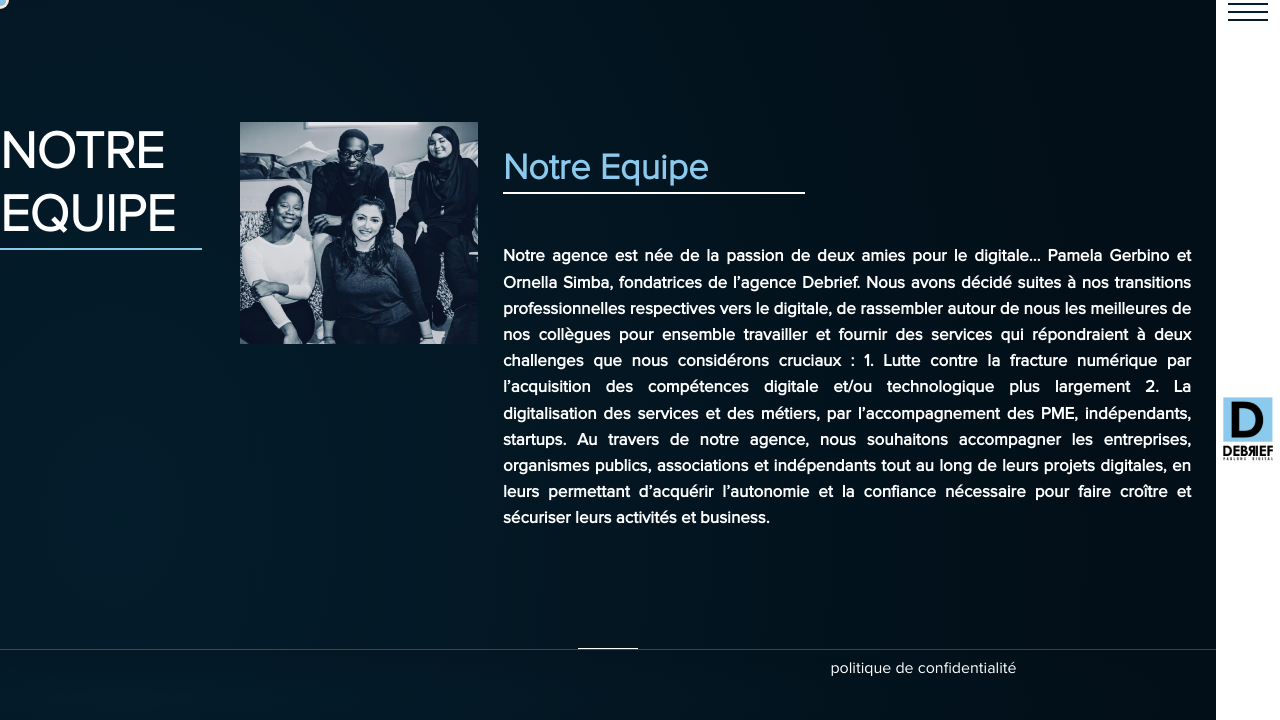
Repository: keloriane/debriefs
Page: /debriefs/a-propos
The author's editor kept a copy of each file at every save. The page is drawn from the files as they stood at one save, then again after the next save.
The browser window is 1280 px wide. The pictures show the whole page.
The project was rebuilt for these pictures with package versions that can differ from the ones it lists, and the page was loaded fresh each time. Also part of the build but not shown: src/components/Title/Title.jsx, src/components/page/Contact/Contact.jsx, src/components/Nav/Nav.jsx, src/components/page/Home/Home.jsx, src/components/page/Service/Services.jsx, src/components/page/Service/ServiceDetails.jsx, src/components/page/Webinaire/Webinaires.jsx, src/components/page/Techspace/Techspace.jsx and 7 more. Imported but missing from the stored project, and not drawn on this page: src/assets/video/video.mp4.

Above is the page before, as saved 2020-07-28 13:08:02.

After the next save:
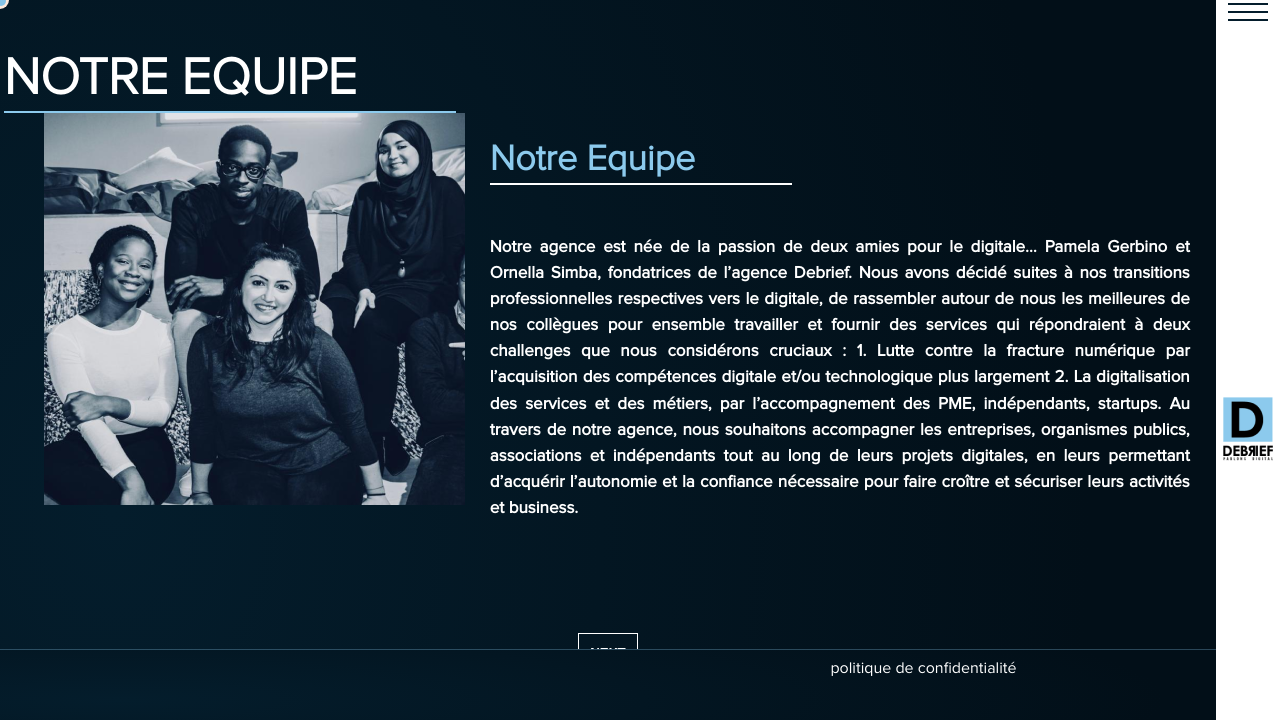
Saved 22 s later.
--- a/src/components/page/Main/Main.jsx
+++ b/src/components/page/Main/Main.jsx
@@ -22,12 +22,12 @@
                 <HomeB />
             </div>
             <div className="about-media-content">
-                <div className="team-content">
-
                 <div className="title-content">
                     <h2>NOTRE EQUIPE</h2>
                     <div className="underline"></div>
                 </div>
+                <div className="team-content">
+
                 <div className="image-container">
                     <img src={slide.team.image} alt="" />
                 </div>
